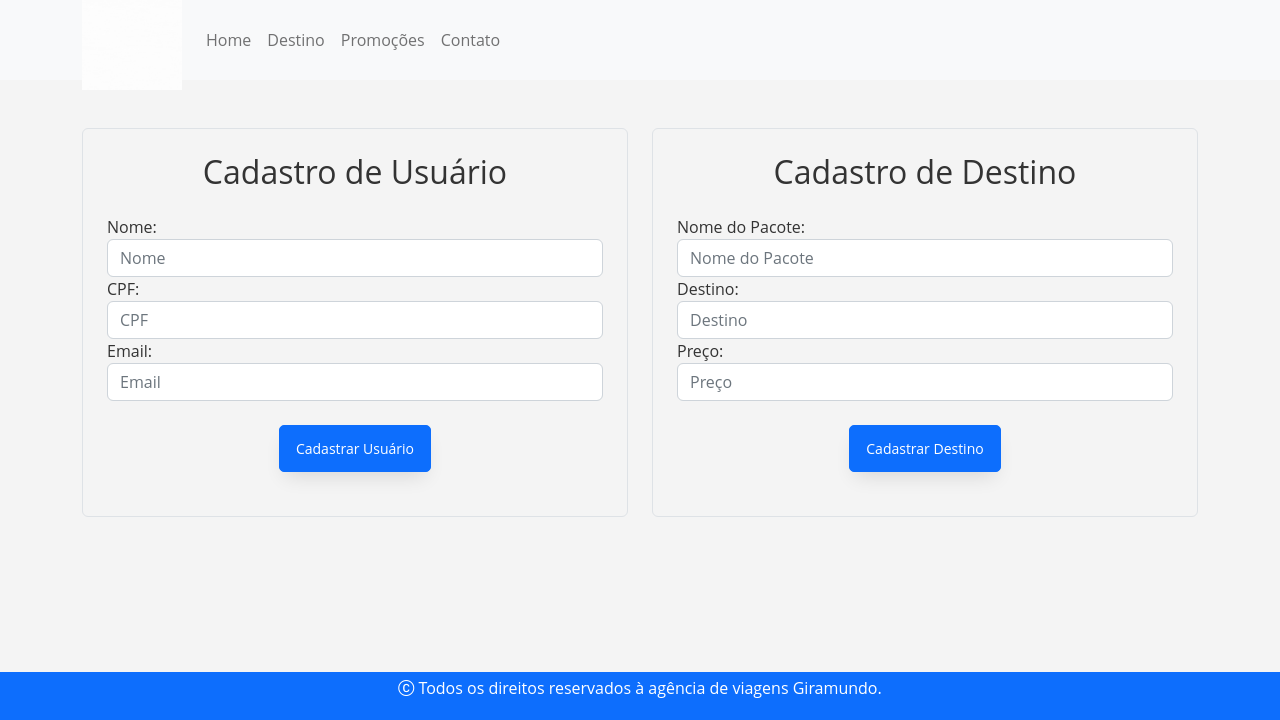
Repository: caiopiabas/RECODE-ENTREGA-3
Page: http://localhost/AgenciaViagem3/cadastro.jsp
The author's editor kept a copy of each file at every save. The page is drawn from the files as they stood at one save, then again after the next save.
The browser window is 1280 px wide. The pictures show the whole page.
Some web libraries are served in a nearby version. The page is served by Tomcat 9. Other server files are loaded and not shown.

Above is the page before, as saved 2023-11-01 06:24:04.

### AgenciaViagem3/src/main/webapp/cadastro.jsp
<%@ page language="java" contentType="text/html; charset=UTF-8" pageEncoding="UTF-8"%>
<!DOCTYPE html>
<html lang="pt-br">
<head>
    <meta charset="utf-8">
    <meta name="viewport" content="width=device-width, initial-scale=1">
    <title>Cadastro de Usuário e Destino</title>
    <link rel="stylesheet" href="https://cdn.jsdelivr.net/npm/bootstrap-icons@1.10.5/font/bootstrap-icons.css">
   <link href="https://cdn.jsdelivr.net/npm/bootstrap@5.2.3/dist/css/bootstrap.min.css" rel="stylesheet">

    <link rel="stylesheet" href="assets/css/style.css">
</head>
<body>
    <!-- Menu Principal -->
    <nav class="navbar navbar-expand-lg navbar-light bg-light" style="height: 80px;">
        <div class="container">
            <a class="navbar-brand" href="#">
                <img src="./assets/images/logo.gif" alt="logo" class="img-fluid" width="100" height="80">
            </a>
            <button class="navbar-toggler" type="button" data-bs-toggle="collapse"
                data-bs-target="#navbarSupportedContent" aria-controls="navbarSupportedContent" aria-expanded="false"
                aria-label="Toggle navigation">
                <span class="navbar-toggler-icon"></span>
            </button>

            <div class="collapse navbar-collapse" id="navbarSupportedContent">
                <ul class="navbar-nav me-auto mb-2 mb-lg-0">
                    <li class="nav-item">
                        <a class="nav-link" aria-current="page" href="cadastro.jsp">Home</a>
                    </li>
                    <li class="nav-item">
                        <a class="nav-link" href="destino.html">Destino</a>
                    </li>
                    <li class="nav-item">
                        <a class=nav-link href="promocoes.html">Promoções</a>
                    </li>
                    <li class="nav-item">
                        <a class="nav-link" href="contato.html">Contato</a>
                    </li>
                </ul>
            </div>
        </div>
    </nav>

    <div class="container mt-5">
        <div class="row">
            <div class="col-md-6">
                <!-- Formulário de Cadastro de Usuário -->
                <div class="border p-4 rounded">
                    <h2 class="text-center mb-4">Cadastro de Usuário</h2>
                    <form action="processarCadastro.jsp" method="post">
                        <div class="form-group">
                            <label for="nome">Nome:</label>
                            <input type="text" class="form-control" id="nome" name="nome" placeholder="Nome">
                        </div>

                        <div class="form-group">
                            <label for="cpf">CPF:</label>
                            <input type="text" class="form-control" id="cpf" name="cpf" placeholder="CPF">
                        </div>

                        <div class="form-group">
                            <label for="email">Email:</label>
                            <input type="email" class="form-control" id="email" name="email" placeholder="Email">
                        </div>

                        <div class="form-group text-center">
                            <button type="submit" class="btn btn-primary mt-4">Cadastrar Usuário</button>
                        </div>
                        <input type="hidden" name="action" value="user">
                    </form>
                </div>
            </div>

            <div class="col-md-6">
                <!-- Formulário de Cadastro de Destino -->
                <div class="border p-4 rounded">
                    <h2 class="text-center mb-4">Cadastro de Destino</h2>
                    <form action="processarCadastro.jsp" method="post">
                        <div class="form-group">
                            <label for="nomePacote">Nome do Pacote:</label>
                            <input type="text" class="form-control" id="nomePacote" name="nomePacote" placeholder="Nome do Pacote">
                        </div>

                        <div class="form-group">
                            <label for="destino">Destino:</label>
                            <input type="text" class="form-control" id="destino" name="destino" placeholder="Destino">
                        </div>

                        <div class="form-group">
                            <label for="preco">Preço:</label>
                            <input type="text" class="form-control" id="preco" name="preco" placeholder="Preço">
                        </div>

                        <div class="form-group text-center">
                            <button type="submit" class="btn btn-primary mt-4">Cadastrar Destino</button>
                        </div>
                        <input type="hidden" name="action" value="destination">
                    </form>
                </div>
            </div>
        </div>
    </div>

    <!-- Rodapé -->
    <footer class="bg-primary text-center text-white p-1 fixed-bottom">
        <p><i class="bi bi-c-circle" style="font-size:1rem"></i>
            Todos os direitos reservados à agência de viagens Giramundo.</p>
    </footer>

    <!-- Scripts JavaScript do Bootstrap -->
    <script src="https://code.jquery.com/jquery-3.5.1.slim.min.js"></script>
    <script src="https://cdn.jsdelivr.net/npm/@popperjs/core@2.5.3/dist/umd/popper.min.js"></script>
    <script src="https://maxcdn.bootstrapcdn.com/bootstrap/4.5.2/js/bootstrap.min.js"></script>
</body>
</html>

### AgenciaViagem3/src/main/webapp/assets/css/style.css
body {

	margin: 0;
	padding: 0;
	background-color: #f4f4f4;
	font-family: 'Open Sans', sans-serif;
	color: #333;
}

h1,
h2,
h3,
h4,
h5,
h6 {
	color: #333;
}

.btn {
	padding: 12px 16px;
	cursor: pointer;
	border-width: 1px;
	border-radius: 5px;
	font-size: 14px;
	font-weight: 400;
	-webkit-box-shadow: 0px 10px 20px -6px rgba(0, 0, 0, 0.12);
	-moz-box-shadow: 0px 10px 20px -6px rgba(0, 0, 0, 0.12);
	box-shadow: 0px 10px 20px -6px rgba(0, 0, 0, 0.12);
	position: relative;
	margin-bottom: 20px;
	-webkit-transition: .3s;
	-moz-transition: .3s;
	-o-transition: .3s;
	transition: .3s;
}

.btn:hover,
.btn:active,
.btn:focus {
	outline: none !important;
	-webkit-box-shadow: 0px 10px 20px -6px rgba(0, 0, 0, 0.22) !important;
	-moz-box-shadow: 0px 10px 20px -6px rgba(0, 0, 0, 0.22) !important;
	box-shadow: 0px 10px 20px -6px rgba(0, 0, 0, 0.22) !important;
}

.btn.btn-primary {
	background: primary !important;
	border-color: primary !important;
	color: white;

	&:hover,
	&:focus {
		border-color: darken(primary, 10%) !important;
		background: darken(primary, 10%) !important;
	}
}

.contactForm {
	.label {
		color: black;
		text-transform: uppercase;
		font-size: 12px;
		font-weight: 600;
	}

	.form-control {
		border: none;
		border-bottom: 1px solid rgba(0, 0, 0, .1);
		padding: 0;
	}
}

#contactForm {
	.error {
		color: red;
		font-size: 12px;
	}

	.form-control {
		font-size: 16px;
	}
}

#message {
	resize: vertical;
}

#form-message-warning,
#form-message-success {
	display: none;
}

#form-message-warning {
	color: red;
}

#form-message-success {
	color: success;
	font-size: 18px;
	font-weight: bold;
}

.submitting {
	float: left;
	width: 100%;
	padding: 10px 0;
	display: none;
	font-size: 16px;
	font-weight: bold;
}


.form-bg {
	background-image: url('../images/fundoForm.jpg');
	background-size: cover;
	background-repeat: no-repeat;
	background-attachment: fixed;
}

After the next save:
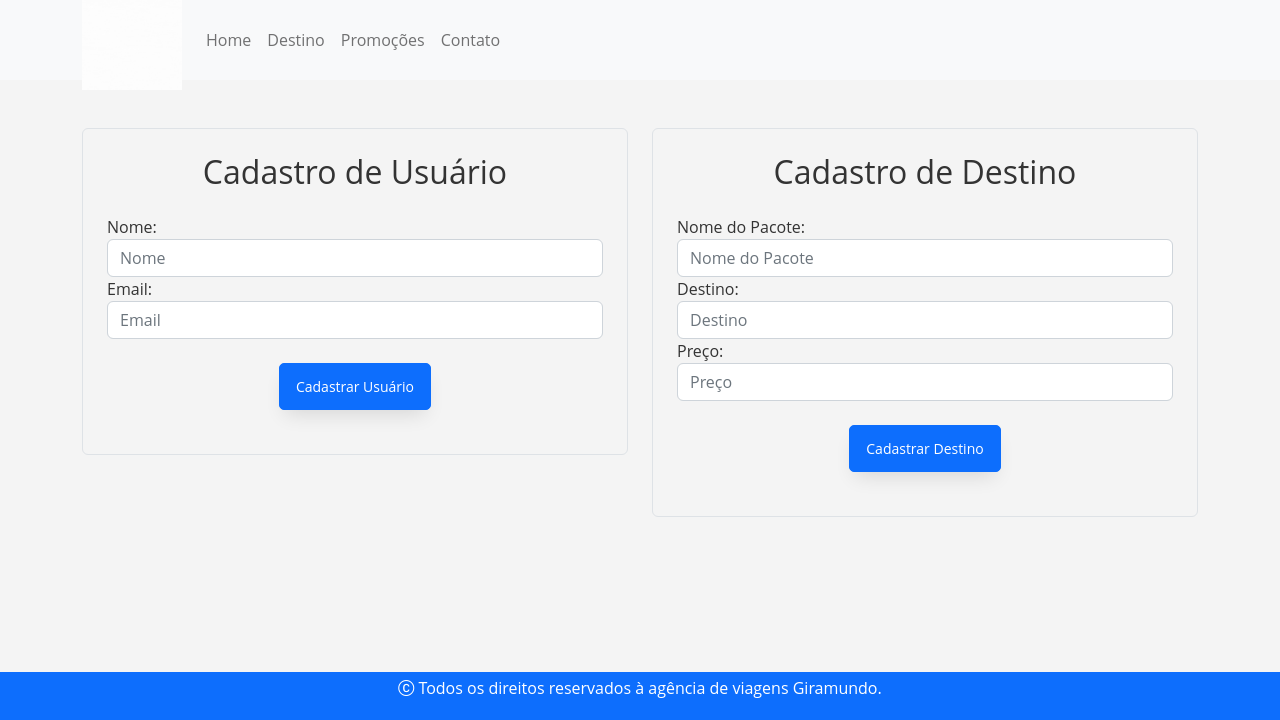
Saved 45 s later.
--- a/AgenciaViagem3/src/main/webapp/cadastro.jsp
+++ b/AgenciaViagem3/src/main/webapp/cadastro.jsp
@@ -55,11 +55,6 @@
                         </div>
 
                         <div class="form-group">
-                            <label for="cpf">CPF:</label>
-                            <input type="text" class="form-control" id="cpf" name="cpf" placeholder="CPF">
-                        </div>
-
-                        <div class="form-group">
                             <label for="email">Email:</label>
                             <input type="email" class="form-control" id="email" name="email" placeholder="Email">
                         </div>
